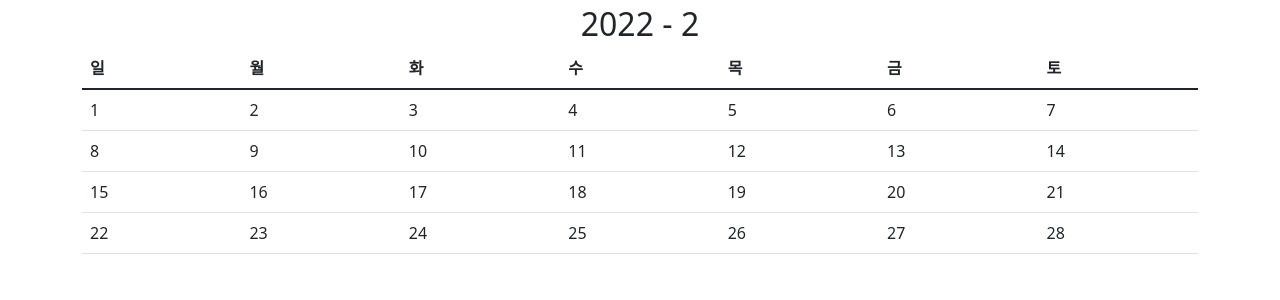
Repository: Visionary1/fullstack-dev-study
Page: http://localhost/Test/lesson02/quiz10.jsp
These files come from the project's save history. The page is drawn as it stood at one moment and after the next save; the edit follows.
The browser window is 1280 px wide. The pictures show the whole page.
The page is served by Tomcat 9.

Above is the page before, as saved 2022-02-13 17:11:43.

### 4_servlet/workspace/Test/src/main/webapp/lesson02/quiz10.jsp
<%@ page language="java" contentType="text/html; charset=UTF-8" pageEncoding="UTF-8"%>

<%@ page import="java.util.*"%>

<!DOCTYPE html>
<html>
<head>
<meta charset="UTF-8">
<title>Insert title here</title>
<link href="https://cdn.jsdelivr.net/npm/bootstrap@5.1.3/dist/css/bootstrap.min.css" rel="stylesheet">
<script src="https://cdn.jsdelivr.net/npm/bootstrap@5.1.3/dist/js/bootstrap.bundle.min.js"></script>
</head>
<body>

	<%
	Calendar cal = Calendar.getInstance();

	// 월의 첫날
	cal.set(Calendar.DAY_OF_MONTH, 1);

	//그 주의 요일 반환 (일:1 ~ 토:7)
	int week = cal.get(Calendar.DAY_OF_WEEK);

	//몇 주 있는지
	int weekSize = cal.getActualMaximum(Calendar.WEEK_OF_MONTH);

	// 마지막 날짜
	int maximumDays = cal.getActualMaximum(Calendar.DATE);

	HashMap<Integer, String> dayOfWeek = new HashMap<>();
	dayOfWeek.put(1, "일");
	dayOfWeek.put(2, "월");
	dayOfWeek.put(3, "화");
	dayOfWeek.put(4, "수");
	dayOfWeek.put(5, "목");
	dayOfWeek.put(6, "금");
	dayOfWeek.put(7, "토");

	Collection<String> values = dayOfWeek.values();
	%>

	<div class="container">

		<div class="fw-light fs-2 text-center"><%=cal.get(Calendar.YEAR) + " - " + Integer.valueOf(cal.get(Calendar.MONTH) + 1)%></div>

		<table class="table">
			<thead>
				<tr>
					<%
					for (String day : values) {
					%>
					<th><%=day%></th>

					<%
					}
					%>
				</tr>
			</thead>
			<tbody>

				<%
				int init = 0;
				for (int i = 0; i < weekSize; i++) {
				%>
				<tr>

					<%
					for (int j = 0; j < 7; j++) {
						if (((i * 7) + (j + 1)) > maximumDays) {
							break;
						}
					%>
					<td>
					<%
						// 현재 달 1일부터 시작하게
						if (init == 0) {
							for (int k = 0; k < week; k++) {
					%>

					<%
					}
					init = 1;
					}
					%>
					<%=((i * 7) + (j + 1))%>
					</td>
					<%
					}
					%>
				</tr>

				<%
				}
				%>

			</tbody>
		</table>
	</div>



</body>
</html>

After the next save:
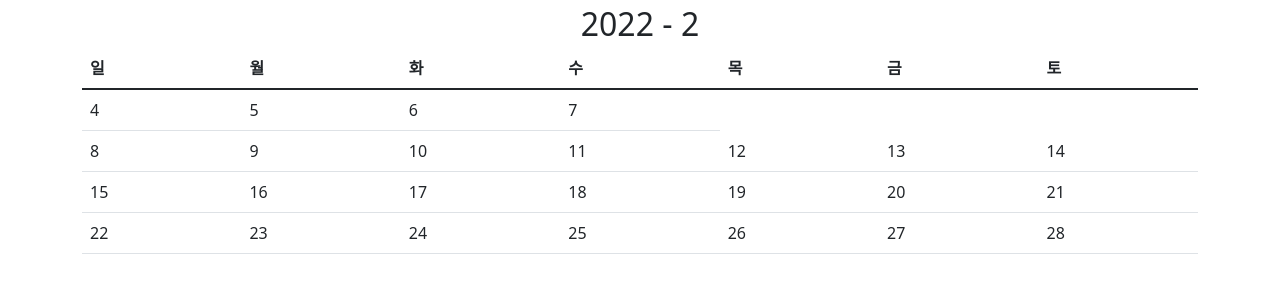
Saved 8 min 9 s later.
--- a/4_servlet/workspace/Test/src/main/webapp/lesson02/quiz10.jsp
+++ b/4_servlet/workspace/Test/src/main/webapp/lesson02/quiz10.jsp
@@ -80,6 +80,7 @@
 					<%
 					}
 					init = 1;
+					j = week;
 					}
 					%>
 					<%=((i * 7) + (j + 1))%>

After the save that followed:
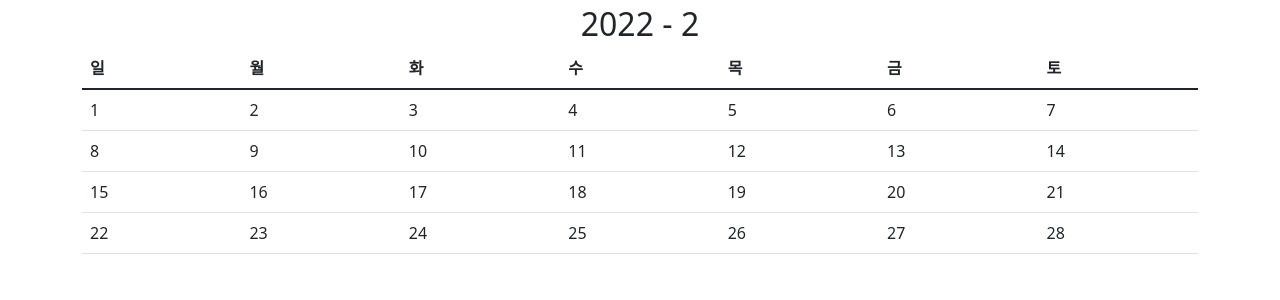
Saved 22 s later.
--- a/4_servlet/workspace/Test/src/main/webapp/lesson02/quiz10.jsp
+++ b/4_servlet/workspace/Test/src/main/webapp/lesson02/quiz10.jsp
@@ -80,7 +80,6 @@
 					<%
 					}
 					init = 1;
-					j = week;
 					}
 					%>
 					<%=((i * 7) + (j + 1))%>
